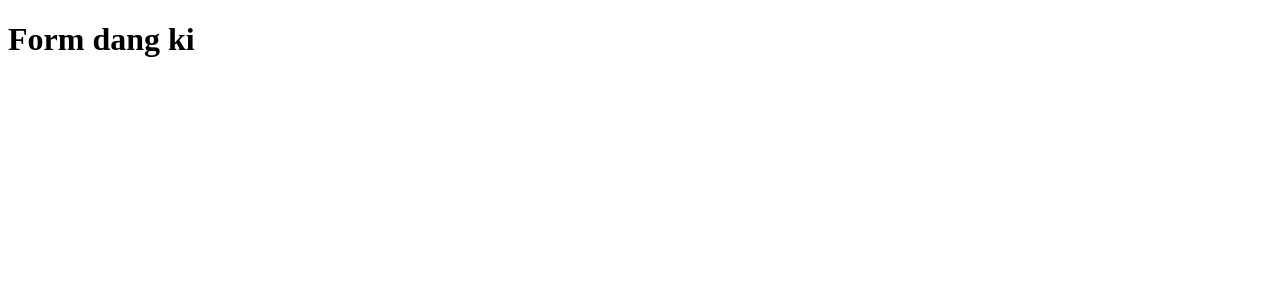
Repository: iamwind-dev/PHP
Page: http://localhost/tuan2/bai2/dangki.php
An editor plug-in stored every save of this project. The page is shown before and after the next save, followed by the edit.
The browser window is 1280 px wide. The pictures show the whole page.
The page is run by PHP 8.4 with error messages shown; the project is at /var/www/html/.

Above is the page before, as saved 2023-09-15 16:00:35.

After the next save:
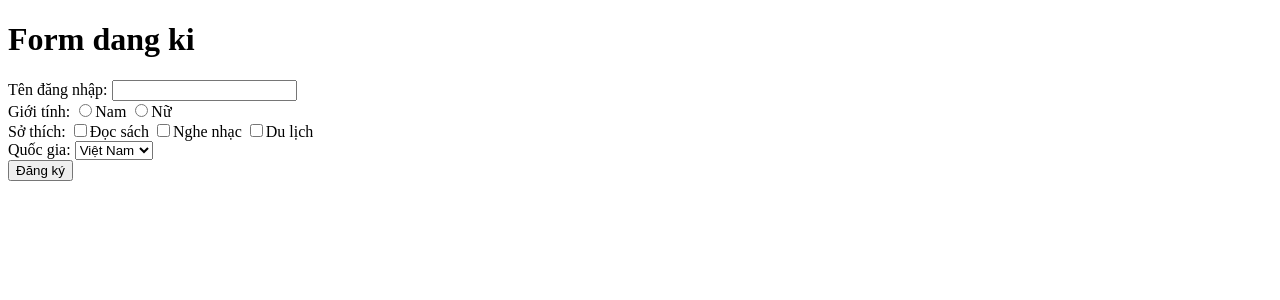
Saved 52 s later.
--- a/tuan2/bai2/dangki.php
+++ b/tuan2/bai2/dangki.php
@@ -10,7 +10,23 @@
 <body>
     <h1>Form dang ki</h1>
     <form action="trangxuli.php" method="post">
-
+        Tên đăng nhập: <input type="text" name="username"><br>
+        Giới tính:
+        <input type="radio" name="gender" value="Nam">Nam
+        <input type="radio" name="gender" value="Nữ">Nữ
+        <br>
+        Sở thích:
+        <input type="checkbox" name="hobby[]" value="Đọc sách">Đọc sách
+        <input type="checkbox" name="hobby[]" value="Nghe nhạc">Nghe nhạc
+        <input type="checkbox" name="hobby[]" value="Du lịch">Du lịch
+        <br>
+        Quốc gia:
+        <select name="country">
+            <option value="Vietnam">Việt Nam</option>
+            <option value="USA">Hoa Kỳ</option>
+            <option value="Japan">Nhật Bản</option>
+        </select><br>
+        <input type="submit" value="Đăng ký">
     </form>
 </body>
 
